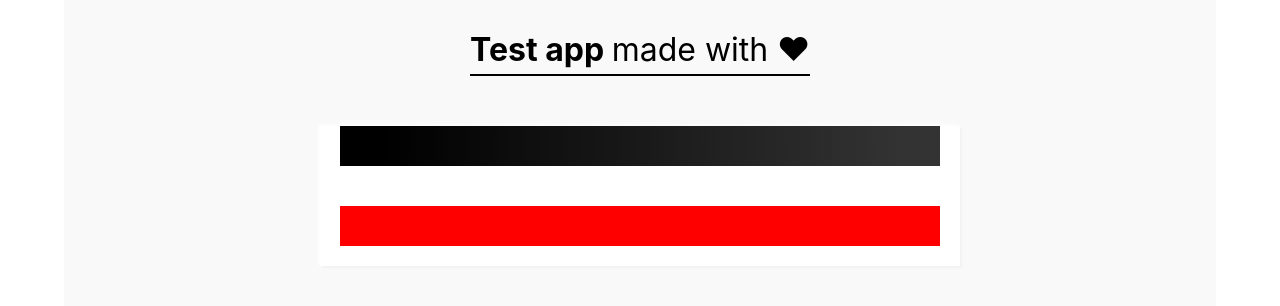
Repository: Khattak01/test-app
Page: /
These files come from the project's save history. The page is drawn as it stood at one moment and after the next save; the edit follows.
The browser window is 1280 px wide. The pictures show the whole page.
The project was rebuilt for these pictures with package versions that can differ from the ones it lists, and the page was loaded fresh each time.

Above is the page before, as saved 2021-05-12 08:02:01.

### public/index.html
<!DOCTYPE html>
<html lang="en">
  <head>
    <meta charset="utf-8" />
    <link rel="icon" href="%PUBLIC_URL%/favicon.ico" />
    <meta name="viewport" content="width=device-width, initial-scale=1" />
    <meta name="theme-color" content="#000000" />
    <meta
      name="description"
      content="Web site created using create-react-app"
    />
    <link rel="apple-touch-icon" href="%PUBLIC_URL%/logo192.png" />
    <!--
      manifest.json provides metadata used when your web app is installed on a
      user's mobile device or desktop. See https://developers.google.com/web/fundamentals/web-app-manifest/
    -->
    <link rel="manifest" href="%PUBLIC_URL%/manifest.json" />
    <!--
      Notice the use of %PUBLIC_URL% in the tags above.
      It will be replaced with the URL of the `public` folder during the build.
      Only files inside the `public` folder can be referenced from the HTML.

      Unlike "/favicon.ico" or "favicon.ico", "%PUBLIC_URL%/favicon.ico" will
      work correctly both with client-side routing and a non-root public URL.
      Learn how to configure a non-root public URL by running `npm run build`.
    -->
    <title>Test App</title>
  </head>
  <body>
    <noscript>You need to enable JavaScript to run this app.</noscript>
    <div id="root"></div>
    <!--
      This HTML file is a template.
      If you open it directly in the browser, you will see an empty page.

      You can add webfonts, meta tags, or analytics to this file.
      The build step will place the bundled scripts into the <body> tag.

      To begin the development, run `npm start` or `yarn start`.
      To create a production bundle, use `npm run build` or `yarn build`.
    -->
  </body>
</html>

### src/index.js
import React from 'react';
import ReactDOM from 'react-dom';
import './index.css';
import App from '../src/components/app/App';

ReactDOM.render(
  <React.StrictMode>
      <App />
  </React.StrictMode>,
  document.getElementById('root')
);

### src/index.css
*{
  margin: 0;
  padding: 0;
  box-sizing: border-box;
}
body {
  margin: 0;
  font-family: -apple-system, BlinkMacSystemFont, 'Segoe UI', 'Roboto', 'Oxygen',
    'Ubuntu', 'Cantarell', 'Fira Sans', 'Droid Sans', 'Helvetica Neue',
    sans-serif;
  -webkit-font-smoothing: antialiased;
  -moz-osx-font-smoothing: grayscale;
}

code {
  font-family: source-code-pro, Menlo, Monaco, Consolas, 'Courier New',
    monospace;
}

.container{
  width:90%;
  margin:auto auto;
  background-color: #f9f9f9;
  padding: 10px;
}

### src/components/app/App.js
import React from 'react'
import './App.css'
import Banner from '../banner/Banner'

const App = () => {
    return (
        <div className="app container">
            <h1>Test app <span style={{fontWeight:'lighter'}}> made with </span> &#10084;</h1>
            <Banner />
        </div>
    )
}

export default App

### src/components/app/App.css
.app {
  padding: 30px 0;
  min-height: 100vh;
  text-align: center;
}
.app > h1 {
  display: inline-block;

  text-align: center;
  width: max-content;
  padding-bottom: 5px;
  border-bottom: 2px solid black;
  margin-bottom: 50px;
}

:root {
  --color-primary: linear-gradient(
    100.28537797494744deg,
    rgba(23, 98, 122, 1) 6.8671875%,
    rgba(23, 98, 122, 1) 8.216145833333332%,
    rgba(20, 159, 184, 1) 87.80468749999999%
  );

  --color-dark: linear-gradient(
    89.76211853375082deg,
    rgba(0, 0, 0, 1) 5.893229166666666%,
    rgba(0, 0, 0, 1) 7.356770833333332%,
    rgba(51, 51, 51, 1) 93.70572916666666%
  );
}

### src/components/banner/Banner.js
import React from 'react'
import classes from './Banner.module.css'

import Box from '../../UI/box/Box'

const Banner = () => {

    return (
        <Box className={classes.banner}>
            {/* <h1>Test App</h1>
            <button className={classes.banner__btn}>Button</button> */}
            <div className={classes.banner__top}></div>
            <div className={classes.banner__center}></div>
            <div className={classes.banner__bottom}></div>
        </Box>
    )
}

export default Banner

### src/components/banner/Banner.module.css
.banner {
  width: 100%;
  max-width: 40rem;
  min-width: 50vh;
  /* border: 1px solid black; */
  margin: auto auto;

  display: flex;
  flex-direction: column;
  gap: 20px;
  padding: 20px;
  padding-top: 0;
}

.banner__top,.banner__bottom{
  height: 40px;
  width: 100%;
  background-color: red;
}
.banner__top{
  background-image: var(--color-dark);
}

.banner__btn {
  margin: auto auto;
  width: 300px !important;
  display: flex;
  justify-content: center;
  align-items: center;
  /* background:#1AAB8A; */

  background-image: var(--color-primary);

  color: #fff;
  border: none;
  position: relative;
  height: 60px;
  font-size: 18px;
  padding: 0 20px;
  cursor: pointer;
  transition: 800ms ease all;
  outline: none;
}
.banner__btn:hover {
  background: #fff;
  color: #1aab8a;
}
.banner__btn:before,
.banner__btn:after {
  content: "";
  position: absolute;
  top: 0;
  right: 0;
  height: 2px;
  width: 0;
  background: #1aab8a;
  transition: 400ms ease all;
}
.banner__btn:after {
  right: inherit;
  top: inherit;
  left: 0;
  bottom: 0;
}
.banner__btn:hover:before,
.banner__btn:hover:after {
  width: 100%;
  transition: 800ms ease all;
}

### src/UI/box/Box.js

import React from 'react'
import classes from './Box.module.css'

const Box = (props) => {
    return (
        <div onClick={props.onClick} className={[classes.box,props.className].join(' ')}>
            {props.children}
        </div>
    )
}

export default Box

### src/UI/box/Box.module.css
.box {
  background-color: #ffffff;
  transition: all 0.25s cubic-bezier(0.86, 1.26, 0.59, 1.03);
  /* min-height: 1rem; */
  /* padding: 1rem; */
  /* border-radius: 1rem; */
  box-shadow: 2px 2px 2px #f2f2f2, -2px -1px 3px #ffffff;
}
.box:hover {
  /* transform: translateZ(0) scale(1.05); */
  backface-visibility: hidden;
}

After the next save:
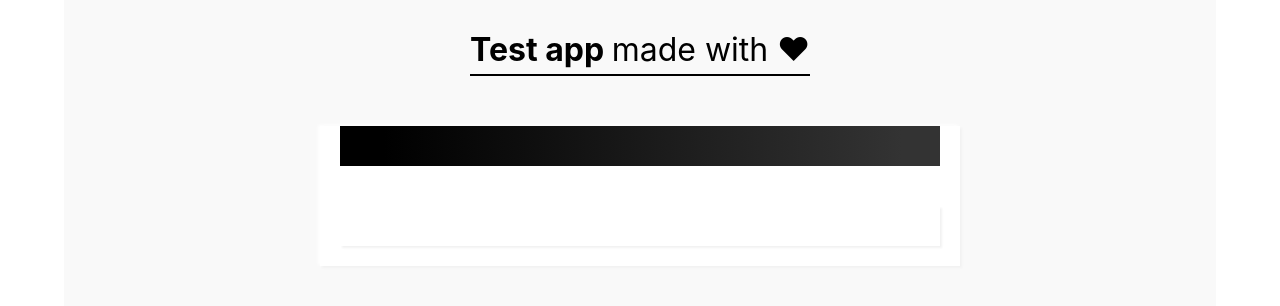
Saved 9 s later.
--- a/src/components/banner/Banner.js
+++ b/src/components/banner/Banner.js
@@ -11,7 +11,7 @@
             <button className={classes.banner__btn}>Button</button> */}
             <div className={classes.banner__top}></div>
             <div className={classes.banner__center}></div>
-            <div className={classes.banner__bottom}></div>
+            <Box className={classes.banner__bottom}></Box>
         </Box>
     )
 }
